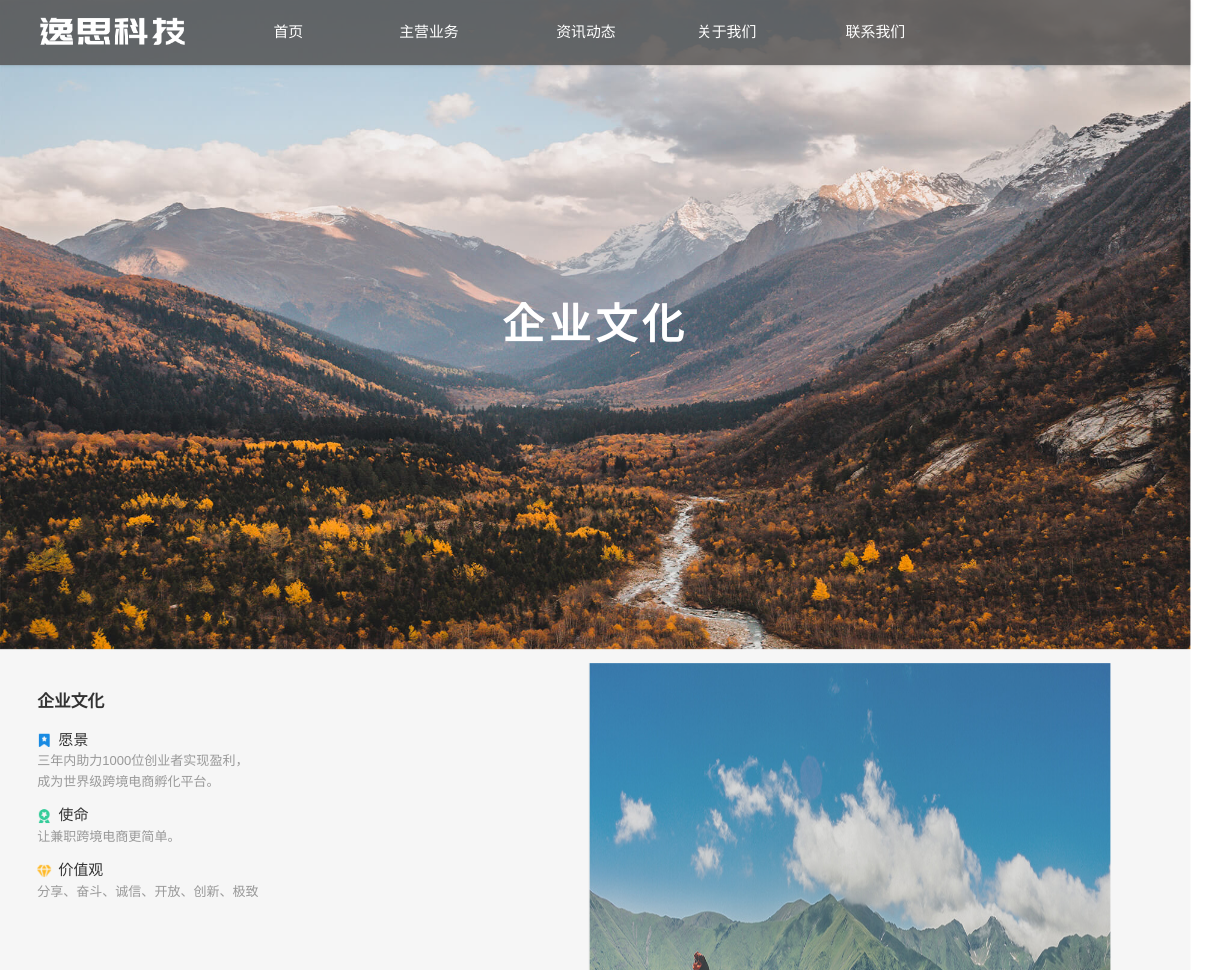
Repository: masterzhang/ztn
Page: brief3.html
These files come from the project's save history. The page is drawn as it stood at one moment and after the next save; the edit follows.
The browser window is 1280 px wide. The page is 1300 px wide, so the pictures cover 1300 px, including what lies to the right of the window. The pictures show the part of the page from y = 0 to 1043 px (the page is 2017 px tall before and 1917 px after), at 93% of full size.
Pictures or frames that could not be fetched are drawn as grey boxes.

Above is the page before, as saved 2021-11-25 15:47:09.
Console error: TypeError: Cannot read properties of undefined (reading 'top')

### brief3.html
<!DOCTYPE html
  PUBLIC "-//W3C//DTD XHTML 1.0 Transitional//EN" "http://www.w3.org/TR/xhtml1/DTD/xhtml1-transitional.dtd">
<!-- saved from url=(0032)https://www.ztn.com/culture.html -->
<html xmlns="http://www.w3.org/1999/xhtml">

<head>
  <meta http-equiv="Content-Type" content="text/html; charset=UTF-8">


  <meta http-equiv="X-UA-Compatible" content="IE=edge,chrome=1">
  <meta name="viewport"
    content="width=device-width, user-scalable=yes, initial-scale=0.2, maximum-scale=1.0, minimum-scale=0.2">
  <title>逸思科技-跨境电商孵化平台</title>
  <link href="/css/favicon.ico" rel="shortcut icon">
  <link rel="stylesheet" type="text/css" href="/css/settings.css">
  <link rel="stylesheet" type="text/css" href="/css/responsive.css">
  <link rel="stylesheet" href="/css/korbin.css">
  <script type="text/javascript" src="/js/jquery-3.6.0.min.js"></script>
</head>

<body>

  <div class="head">
    <div class="logo">
      <h1 style="margin-left: 20px;">
        <img src="/self/images2/logo.png" alt="">
      </h1>
    </div>
    <div class="nav">
      <ul>
        <li> <a class="cnh " href="/"> 首页 </a> </li>
        <li> <a class="cnh  arr " href="javascript:void(0);"> 主营业务 </a>
          <div class="sub">
            <a href="/oversea.html"> 业务模式</a>
          </div>
        </li>
        <li> <a class="cnh" href="/news.html"> 资讯动态 </a>
        </li>
        <li> <a class="cnh  arr " href="javascript:void(0);"> 关于我们 </a>
          <div class="sub">
            <a href="/brief2.html"> 企业介绍</a>
            <a href="/brief.html"> 企业发展</a>
            <a href="/culture.html"> 企业地图</a>
            <a href="/brief3.html"> 企业文化</a>
          </div>
        </li>
        <li> <a class="cnh arr" href="/contact.html"> 联系我们 </a>
          <div class="sub">
            <a href="/jobs.html"> 加入我们</a>
            <a href="/contact.html"> 联系我们</a>
          </div>
        </li>
      </ul>
    </div>
  </div>

  <link rel="stylesheet" type="text/css" href="/css/swiper.min.css">

  <div class="PageMain" style="background: #f6f6f6;">
    <div class="bannerInpicx juzhong">
      <img style="width: 100%;" src="/self/images2/企业文化顶图.jpg">
      <p class="ztculture">企业文化</p>
    </div>
    <div class="pagemian">
      <div class="pagemian_swiper">
        <div class="pagemian_swiper_left">
          <h3 class="culture_title">企业文化</h3>
          <div class="culture_line">
            <p class="cultureTilte"><img src="/images/58065b8d337ec5f1d0058ac9f7bae79c.png"> 愿景</p>
            <p class="cultureJie">三年内助力1000位创业者实现盈利，<br />成为世界级跨境电商孵化平台。</p>
          </div>
          <div class="culture_line">
            <p class="cultureTilte"><img src="/images/d44f9d1443049c06d1db48b1de49cf1c.png"> 使命</p>
            <p class="cultureJie">让兼职跨境电商更简单。</p>
          </div>
          <div class="culture_line">
            <p class="cultureTilte"><img src="/images/1cdfa37ff9de252cab676b4e3ab49286.png"> 价值观</p>
            <p class="cultureJie">分享、奋斗、诚信、开放、创新、极致</p>
          </div>

        </div>
        <div class="pagemian_swiper_right" style="display: block;">
          <div class="runbobox">
            <img src="/self/images2/企业文化逸思奋斗者.jpg" width="560" height="400" />
          </div>
        </div>
      </div>
    </div>

    <div class="cultureClassifica">
      <div class="cultureClassifica_first">
        <div class="cultureClassifica_first_left"
          style="background: url(&#39;/upload/banner/20210730/3f0fda0d31df53f7d490ee0798418f20.png&#39;) no-repeat;background-size: 100% 100%;">

          <p class="cultureClassificaTitle">价值观代言人</p>
          <div class="cultureDetailebox">
            <div class="cultureDetaile">
              <p>价值观代言人</p>
              <p>TA们是集团核心价值观的代言人，带领多位宝藏纵腾人成团出道，让文化接棒，践行核心价值观！让价值闪耀，凝聚纵人精气神！</p>
            </div>
          </div>

        </div>
        <div class="cultureClassifica_first_right"
          style="background: url(&#39;/upload/banner/20210730/8bacadef94ca0032fbed712d2b4fc857.png&#39;) no-repeat;background-size: 100% 100%;">
          <p class="cultureClassificaTitle">宝藏纵腾人</p>
          <div class="cultureDetailebox">
            <div class="cultureDetaile">
              <p>宝藏纵腾人</p>
              <p>TA们是践行集团核心价值观的标杆榜样，是价值观的具象表现，是看得见摸得着的价值载体，如同宝藏，闪耀纵腾。 </p>
            </div>
          </div>
        </div>
      </div>
      <div class="cultureClassifica_seceond">
        <div class="cultureClassifica_seceond_right"
          style="width: 100%;background: url(&#39;/upload/banner/20210730/4e8b6aaff991442b1dc90254697e5b07.png&#39;) no-repeat;background-size: 100% 100%;">
          <p class="cultureClassificaTitle">文化周边</p>
          <div class="cultureDetailebox">
            <div class="cultureDetaile">
              <p>文化周边</p>
              <p>文化周边产品是纵腾企业文化的别样体现，带有潮流文化的态度与理念，围绕纵腾文化精心打造了价值观文化衫、帆布袋、员工笔记本、员工便利贴等产品，展现纵腾文化力。</p>
            </div>
          </div>
        </div>
      </div>

      <div class="cultureClassifica_three">
        <div class="cultureClassifica_first_right yuangongGuanhuai"
          style="background: url(&#39;/upload/banner/20210730/6ef6c43417532fb5c79c0cdc8f4ac51c.png&#39;) no-repeat;background-size: 100% 100%;">
          <p class="cultureClassificaTitle">员工关怀</p>
          <div class="cultureDetailebox">
            <div class="cultureDetaile">
              <p>员工关怀</p>
              <p>趣味十足且具备仪式感的员工关怀活动，提升员工对集团的归属感及认同感，增强集团凝聚力，促进企业文化健康发展。</p>
            </div>
          </div>
        </div>
        <div class="cultureClassifica_first_left ballYuangong"
          style="background: url(&#39;/upload/banner/20210730/da8fa69e2b4f1c408cf37126f9adbadb.png&#39;) no-repeat;background-size: 100% 100%;">
          <p class="cultureClassificaTitle">员工俱乐部</p>
          <div class="cultureDetailebox">
            <div class="cultureDetaile">
              <p>员工俱乐部</p>
              <p>关爱员工身心健康，丰富业余文化生活，篮球俱乐部、羽毛球俱乐部、乒乓球俱乐部、桌球俱乐部、电竞俱乐部、桌游俱乐部，一应俱全，让员工生活充满小惊喜。</p>
            </div>
          </div>
        </div>
      </div>
    </div>

  </div>

  <script src="/js/swiper.min.js"></script>
  <!-- 数字滚动 -->
  <script type="text/javascript" src="/js/TweenLite.min.js"></script>
  <script type="text/javascript" src="/js/lem_counter.js"></script>

  <script type="text/javascript">
    $(function () {
      //窗口显示才加载
      var wrapTop = $(".digital").offset().top;
      var istrue = true;
      $(window).on("scroll",
        function () {
          var s = $(window).scrollTop();
          if (s > wrapTop - 600 && istrue) {
            $('.counter-numb').lemCounter();
            istrue = false;
          };
        });

    })
  </script>
  <script type="text/javascript">
    var mySwiper = new Swiper('.swiper-container', {
      autoplay: true,
      disableOnInteraction: false,
      autoplayDisableOnInteraction: false,//这个加了没啥用
      on: {
        slideChangeTransitionEnd: function () {
          this.autoplay.start();//就加这个玩意儿
        },
      },
      //direction: 'vertical', // 垂直切换选项
      loop: true, // 循环模式选项
      // 如果需要前进后退按钮
      navigation: {
        nextEl: '.swiper-button-next',
        prevEl: '.swiper-button-prev',
      },
      // 如果需要滚动条
    })
  </script>


  <div class="footer" style="clear: both">
    <div class="wrapperKn" style="width: 1300px;">
      <div class="foot_nav">
        <div class="box footlogo" style="align-items: flex-start;">
          <img src="/self/images2/logo.png" alt="">
        </div>
        <div class="box">
          <h3>首页</h3>
          <ul class="list">
            <li><a href="https://www.ztn.com/oversea.html">业务模式</a></li>
          </ul>
        </div>
        <div class="box">
          <h3>主营业务</h3>
          <ul class="list">
            <li><a href="https://www.ztn.com/oversea.html">业务模式</a></li>
          </ul>
        </div>
        <div class="box">
          <h3>咨询动态</h3>
        </div>
        <div class="box">
          <h3>关于我们</h3>
          <ul class="list">
            <li><a href="https://www.goodcang.com/" target="_blank">企业介绍</a></li>
            <li><a href="https://www.yunexpress.cn/" target="_blank">企业发展</a></li>
            <li><a href="https://www.gotenchina.com/" target="_blank">企业地图</a></li>
            <li><a href="https://www.miworldtech.com/">企业文化</a></li>
          </ul>
        </div>
        <div class="box">
          <h3>联系我们</h3>
          <ul class="list">
            <li><a href="https://www.goodcang.com/" target="_blank">联系我们</a></li>
            <li><a href="https://www.yunexpress.cn/" target="_blank">加入我们</a></li>
          </ul>
        </div>
        <div class="box qrcodebox" style="width: auto;">
          <div class="qrcode">
            <h5>微信公众号</h5>
            <img src="/self/images2/qrcode.jpg" alt="" width="150px">
          </div>
        </div>
      </div>
    </div>
  </div>

  <script type="text/javascript" src="/js/korbin.js"></script>

  <div>
    <div
      style="display: none; position: fixed; top: 30px; width: auto; max-width: 100%; text-align: center; left: 50%; transform: translateX(-50%); z-index: 99999999;">
      <div
        style="display: inline-block; font-size: 14px; font-weight: bold; border: 1px solid rgb(240, 195, 109); background-color: rgb(249, 237, 190); padding: 0px 10px; border-radius: 2px; box-shadow: rgba(0, 0, 0, 0.2) 0px 2px 4px;">
      </div>
    </div>
  </div>
</body>

</html>

### js/lem_counter.js
/******/ (function(modules) { // webpackBootstrap
/******/ 	// The module cache
/******/ 	var installedModules = {};
/******/
/******/ 	// The require function
/******/ 	function __webpack_require__(moduleId) {
/******/
/******/ 		// Check if module is in cache
/******/ 		if(installedModules[moduleId]) {
/******/ 			return installedModules[moduleId].exports;
/******/ 		}
/******/ 		// Create a new module (and put it into the cache)
/******/ 		var module = installedModules[moduleId] = {
/******/ 			i: moduleId,
/******/ 			l: false,
/******/ 			exports: {}
/******/ 		};
/******/
/******/ 		// Execute the module function
/******/ 		modules[moduleId].call(module.exports, module, module.exports, __webpack_require__);
/******/
/******/ 		// Flag the module as loaded
/******/ 		module.l = true;
/******/
/******/ 		// Return the exports of the module
/******/ 		return module.exports;
/******/ 	}
/******/
/******/
/******/ 	// expose the modules object (__webpack_modules__)
/******/ 	__webpack_require__.m = modules;
/******/
/******/ 	// expose the module cache
/******/ 	__webpack_require__.c = installedModules;
/******/
/******/ 	// define getter function for harmony exports
/******/ 	__webpack_require__.d = function(exports, name, getter) {
/******/ 		if(!__webpack_require__.o(exports, name)) {
/******/ 			Object.defineProperty(exports, name, {
/******/ 				configurable: false,
/******/ 				enumerable: true,
/******/ 				get: getter
/******/ 			});
/******/ 		}
/******/ 	};
/******/
/******/ 	// getDefaultExport function for compatibility with non-harmony modules
/******/ 	__webpack_require__.n = function(module) {
/******/ 		var getter = module && module.__esModule ?
/******/ 			function getDefault() { return module['default']; } :
/******/ 			function getModuleExports() { return module; };
/******/ 		__webpack_require__.d(getter, 'a', getter);
/******/ 		return getter;
/******/ 	};
/******/
/******/ 	// Object.prototype.hasOwnProperty.call
/******/ 	__webpack_require__.o = function(object, property) { return Object.prototype.hasOwnProperty.call(object, property); };
/******/
/******/ 	// __webpack_public_path__
/******/ 	__webpack_require__.p = "";
/******/
/******/ 	// Load entry module and return exports
/******/ 	return __webpack_require__(__webpack_require__.s = 0);
/******/ })
/************************************************************************/
/******/ ([
/* 0 */
/***/ (function(module, exports, __webpack_require__) {

"use strict";
/*
 Version: 1.0.0
 Author: lemehovskiy
 Website: http://lemehovskiy.github.io
 Repo: https://github.com/lemehovskiy/lem_counter
 */



var _typeof = typeof Symbol === "function" && typeof Symbol.iterator === "symbol" ? function (obj) { return typeof obj; } : function (obj) { return obj && typeof Symbol === "function" && obj.constructor === Symbol && obj !== Symbol.prototype ? "symbol" : typeof obj; };

var _createClass = function () { function defineProperties(target, props) { for (var i = 0; i < props.length; i++) { var descriptor = props[i]; descriptor.enumerable = descriptor.enumerable || false; descriptor.configurable = true; if ("value" in descriptor) descriptor.writable = true; Object.defineProperty(target, descriptor.key, descriptor); } } return function (Constructor, protoProps, staticProps) { if (protoProps) defineProperties(Constructor.prototype, protoProps); if (staticProps) defineProperties(Constructor, staticProps); return Constructor; }; }();

function _classCallCheck(instance, Constructor) { if (!(instance instanceof Constructor)) { throw new TypeError("Cannot call a class as a function"); } }

(function ($) {
    var LemCounter = function () {
        function LemCounter(element, options) {
            _classCallCheck(this, LemCounter);

            var self = this;

            //extend by function call
            self.settings = $.extend(true, {
                value_from: 0,
                value_to: 0,
                locale: false,
                value_to_from_content: false,
                animate_duration: 2
            }, options);

            self.$element = $(element);

            self.to_fixed_digits = 0;

            //extend by data options
            self.data_options = self.$element.data('lem-counter');
            self.settings = $.extend(true, self.settings, self.data_options);

            //value to from content
            if (self.settings.value_to_from_content) {
                //check if number and remove commas
                if (!isNaN(self.$element.text().replace(/,/g, ''))) {
                    self.settings = $.extend(true, self.settings, {
                        value_to: Number(self.$element.text().replace(/,/g, ''))
                    });
                }
            }

            //set start value
            self.counter_helper = { val: self.settings.value_from };

            self.init();
        }

        _createClass(LemCounter, [{
            key: 'init',
            value: function init() {

                var self = this;

                var counter_to = self.settings.value_to;

                //check if number is float
                if (isFloat(counter_to)) {
                    var string_counter_val_to = counter_to.toString();

                    self.to_fixed_digits = string_counter_val_to.substr(string_counter_val_to.indexOf('.') + 1).length;
                }

                TweenLite.to(self.counter_helper, self.settings.animate_duration, {
                    val: counter_to,
                    onUpdate: updateHandler,
                    ease: Linear.easeNone,
                    onComplete: function onComplete() {
                        self.$element.trigger('onComplete.lc');
                    }
                });

                function isFloat(n) {
                    return Number(n) === n && n % 1 !== 0;
                }

                function updateHandler() {
                    var value = self.counter_helper.val;

                    var num = value.toFixed(self.to_fixed_digits);

                    var num_locale = 0;

                    if (self.to_fixed_digits == 0) {
                        num_locale = parseInt(num);
                    } else {
                        num_locale = parseFloat(num);
                    }

                    if (self.settings.locale) {
                        num_locale = num_locale.toLocaleString(self.settings.locale, { maximumFractionDigits: self.to_fixed_digits });
                    }

                    self.$element.text(num_locale);
                }
            }
        }]);

        return LemCounter;
    }();

    $.fn.lemCounter = function () {
        var $this = this,
            opt = arguments[0],
            args = Array.prototype.slice.call(arguments, 1),
            length = $this.length,
            i = void 0,
            ret = void 0;
        for (i = 0; i < length; i++) {
            if ((typeof opt === 'undefined' ? 'undefined' : _typeof(opt)) == 'object' || typeof opt == 'undefined') $this[i].lem_counter = new LemCounter($this[i], opt);else ret = $this[i].lem_counter[opt].apply($this[i].lem_counter, args);
            if (typeof ret != 'undefined') return ret;
        }
        return $this;
    };
})(jQuery);

/***/ })
/******/ ]);

### js/korbin.js
/**
 *
 * @authors Korbin 280674094@qq.com
 * @date    2019-04-24 17:04:26
 * @version $Id$
 */

$(function(){

	$(".coordinate-item").hover(function(){
		$(this).find(".city-name").stop().animate({bottom:'40px',opacity:'0'},260,function(){
			$(this).hide();
		});
		$(this).find(".warehouse-detail").show().stop().animate({bottom:'26px',opacity:'1'},200);
	},function(){
		$(this).find(".warehouse-detail").stop().animate({bottom:'50px',opacity:'0'},200,function(){
			$(this).hide();
		});
		$(this).find(".city-name").show().stop().animate({bottom:'26px',opacity:'1'},260);
	});

	$(".coordinate-item").hover(function(){
		$(this).find(".warehouse_dright").show().stop().animate({left:'22px',opacity:'1'},200);
	},function(){
		$(this).find(".warehouse_dright").stop().animate({left:'50px',opacity:'0'},200,function(){
			$(this).hide();
		});

	});

	$(".switchFunc .tabT .box span").click(function(){
		$(this).addClass('curr').siblings().removeClass('curr');
	    var index = $(this).index();
	    var ip = $(this).parents('li');
	    number = index;
	    ip.find('.switchBody .item').hide();
	    ip.find('.switchBody .item:eq('+index+')').show();
	    var title = $(this).parents('.switchBrandLogo');
	    title.find('.showtp').text($(this).text());
	    title.find('.showtp').removeClass('active');
	    title.find('.box').slideUp('fast');
	});

	$('.switchBrandLogo .showtp').click(function(){
		$(this).parent().find('.box').stop().toggle();
		if($(this).hasClass('active')){
			$(this).removeClass('active')
		}else{
			$(this).addClass('active')
		}
	})

	// 视频新增与修改
	$('body').on('click','.playShade',function(){
		$(this).parent('.videoInner').addClass('videoPlay');
		document.getElementById('ourvideo').play();
		$(this).hide();
	});

	$('body').on('click','.closeVideoBtn',function(){
		document.getElementById('ourvideo').pause();
		$(this).parent('.videoInner').removeClass('videoPlay');
		$(this).parent('.videoInner').find('.playShade').show();
	});
	// video end

	$(".Ellipsis").each(function (i) {
        var divH = $(this).height();
        var $p = $(".gt", $(this)).eq(0);
        while ($p.outerHeight() > divH) {
          $p.text($p.text().replace(/(\s)*([a-zA-Z0-9]+|\W)(\.\.\.)?$/, "..."));
        };
      });

})

Loaded but not shown: css/settings.css (library); css/responsive.css (library); css/korbin.css (library); js/jquery-3.6.0.min.js (library); css/swiper.min.css (library); js/swiper.min.js (library); js/TweenLite.min.js (library)

After the next save:
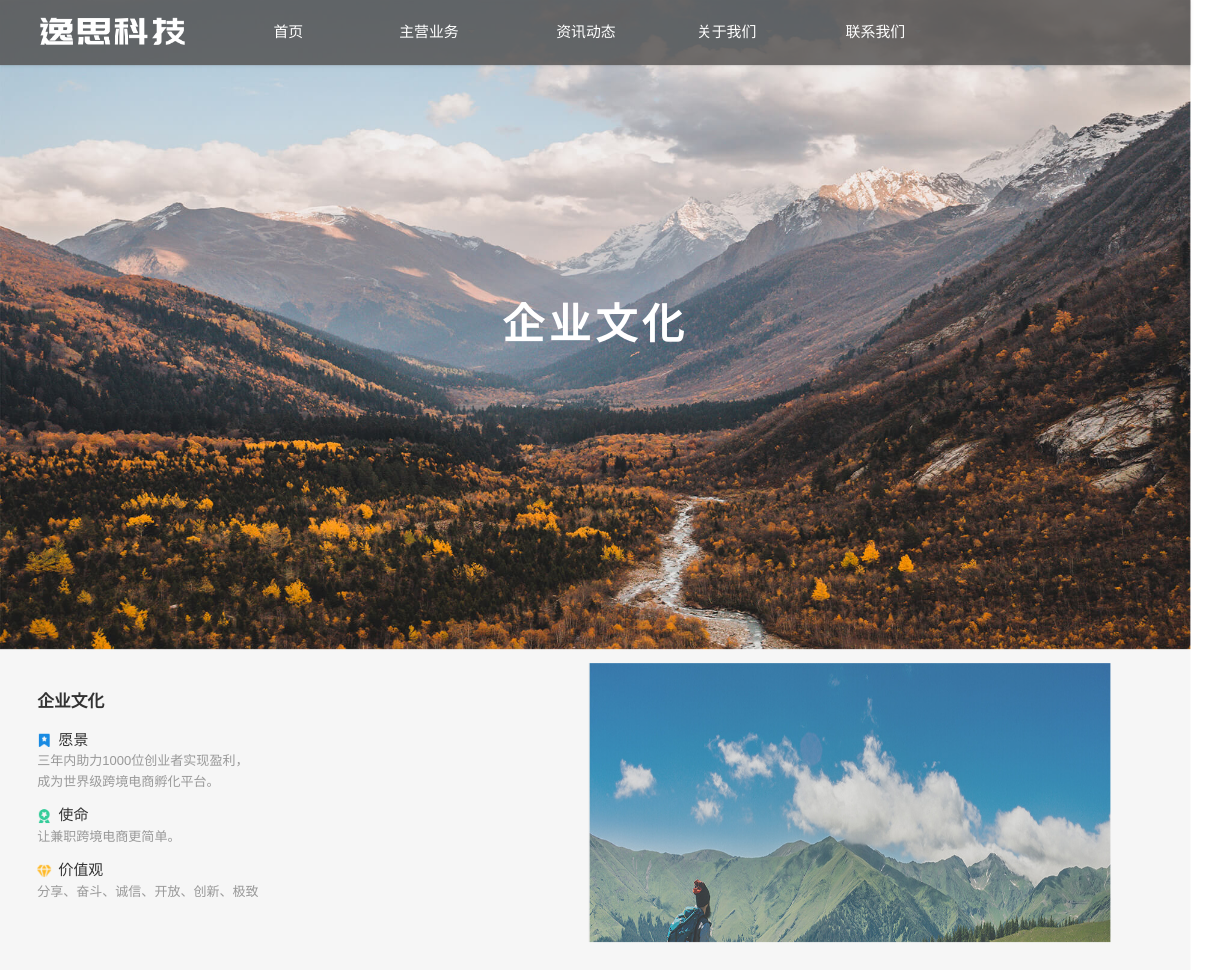
Saved 4 s later.
--- a/brief3.html
+++ b/brief3.html
@@ -81,7 +81,7 @@
         </div>
         <div class="pagemian_swiper_right" style="display: block;">
           <div class="runbobox">
-            <img src="/self/images2/企业文化逸思奋斗者.jpg" width="560" height="400" />
+            <img src="/self/images2/企业文化逸思奋斗者.jpg" width="560" height="300" />
           </div>
         </div>
       </div>
